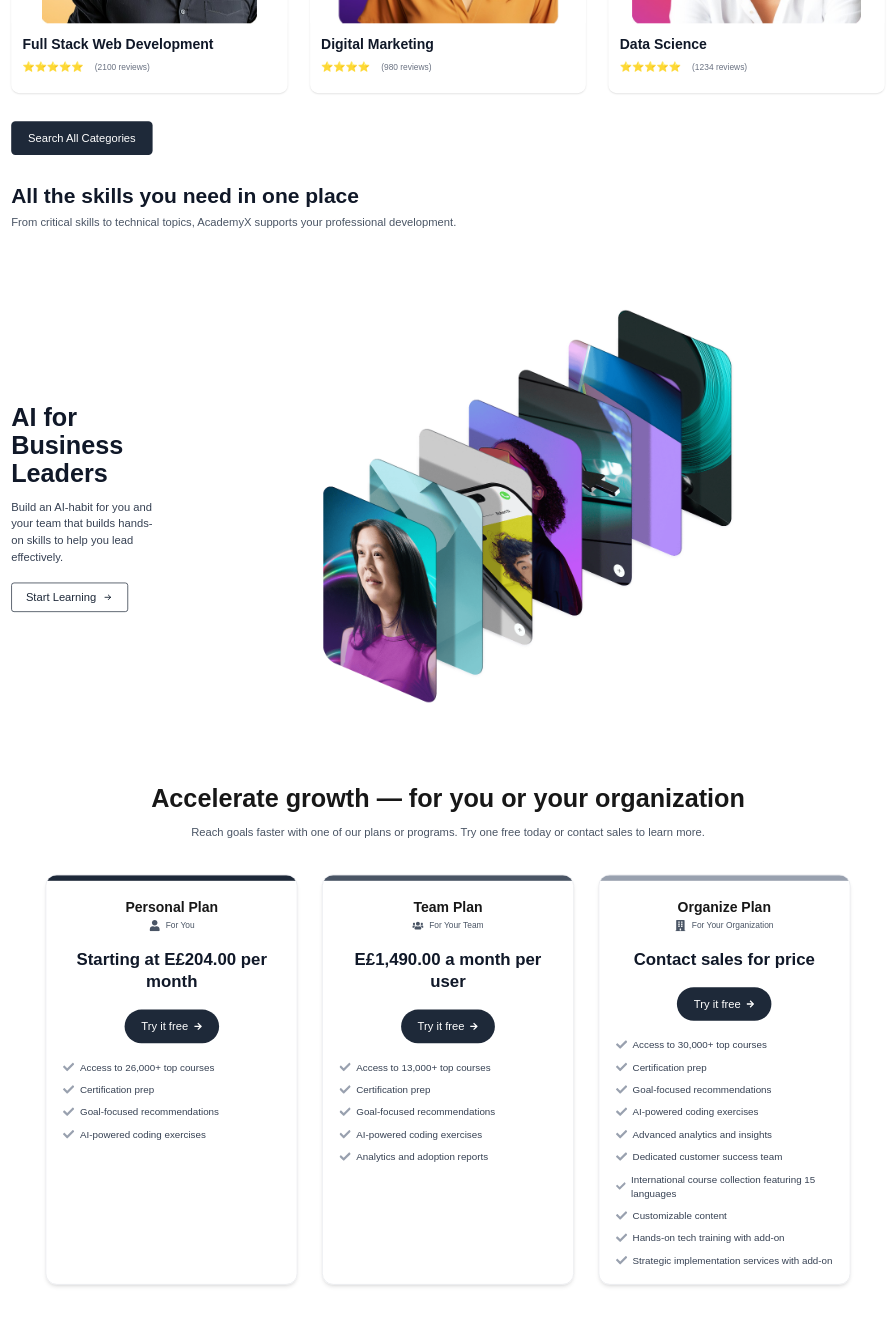
Repository: MohamedSalah54/full-stack-e-learning
Page: / (app in frontend/)
The author's editor kept a copy of each file at every save. The page is drawn from the files as they stood at one save, then again after the next save.
The browser window is 1280 px wide. The pictures show the part of the page from y = 1035 to 2955 px (the page is 2935 px tall before and 2955 px after), at 70% of full size.
The project was rebuilt for these pictures with package versions that can differ from the ones it lists, and the page was loaded fresh each time. The framework's server and built-in components were replaced by stand-ins that run in the browser. Also part of the build but not shown: frontend/next.config.ts.

Above is the page before, as saved 2025-06-16 14:17:44.

After the next save:
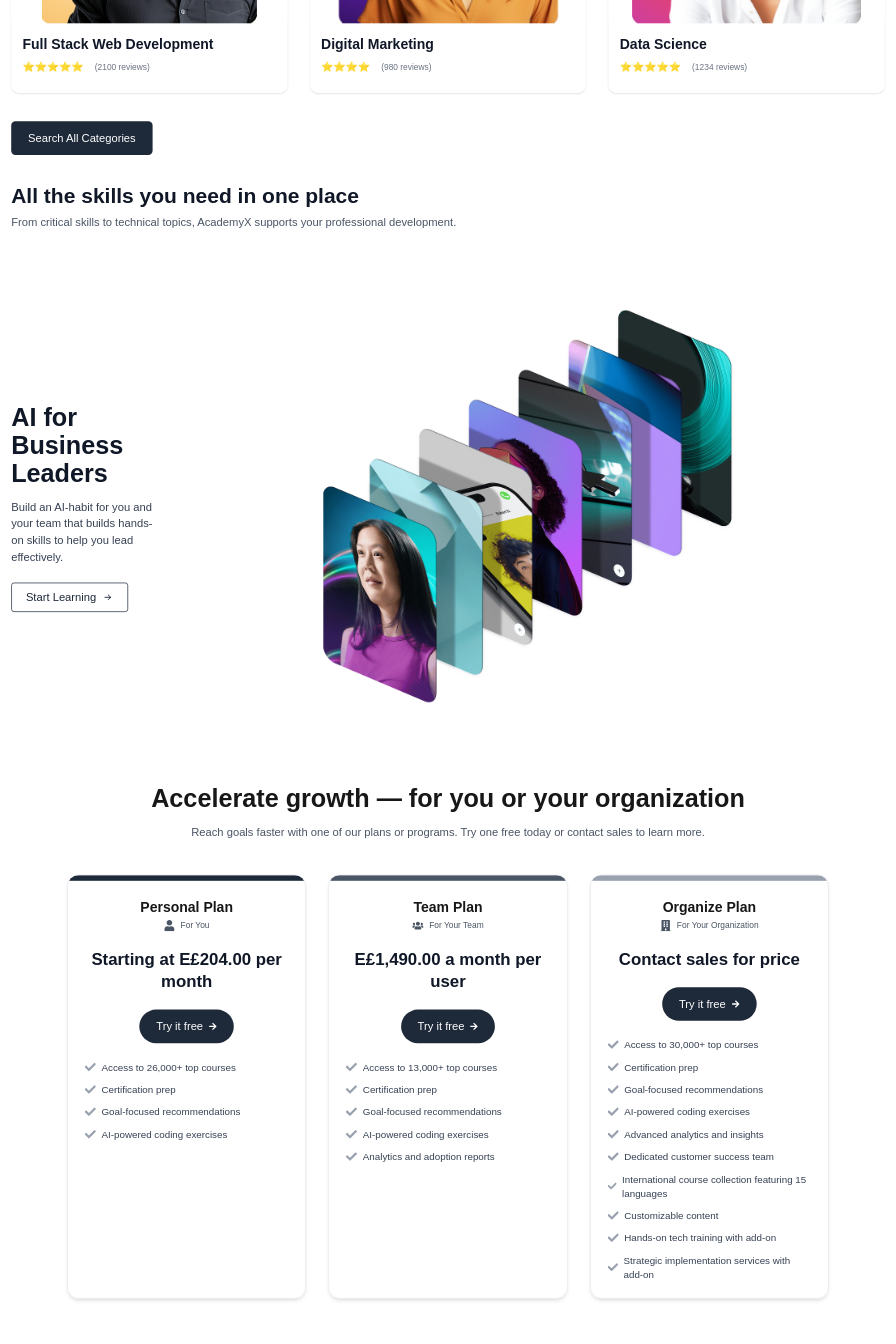
Saved 2 min 32 s later.
--- a/frontend/src/components/home/HeroPlans.tsx
+++ b/frontend/src/components/home/HeroPlans.tsx
@@ -3,20 +3,22 @@
 
 export default function HeroPlans() {
     return (
-        <section className="w-full bg-white py-16 px-4">
-            <div className="max-w-6xl mx-auto">
-                <h1 className="text-4xl font-bold mb-4 text-center">Accelerate growth — for you or your organization</h1>
+        <section className="w-full bg-white py-16 px-6 md:px-16 lg:px-24">
+            <div className="max-w-full mx-auto">
+                <h1 className="text-4xl font-bold mb-4 text-center">
+                    Accelerate growth — for you or your organization
+                </h1>
                 <span className="text-gray-600 mb-12 block text-center">
                     Reach goals faster with one of our plans or programs. Try one free today or contact sales to learn more.
                 </span>
 
-                <div className="grid md:grid-cols-3 gap-8 justify-center">
+                <div className="grid grid-cols-1 md:grid-cols-3 gap-8">
                     {heroPlans.map((plan, index) => {
                         const Icon = plan.icon;
                         return (
                             <div
                                 key={index}
-  className="w-full max-w-[360px] mx-auto rounded-2xl shadow-md border border-gray-200 overflow-hidden hover:shadow-xl transition duration-300 flex flex-col min-h-[550px]"
+                                className="w-full rounded-2xl shadow-md border border-gray-200 overflow-hidden hover:shadow-xl transition duration-300 flex flex-col min-h-[550px]"
                             >
                                 {/* Top Border */}
                                 <div className={`h-2 ${plan.color}`}></div>
@@ -54,7 +56,7 @@
                                         ))}
                                     </ul>
 
-                                    {/* Spacer to push features down */}
+                                    {/* Spacer */}
                                     <div className="flex-grow" />
                                 </div>
                             </div>
